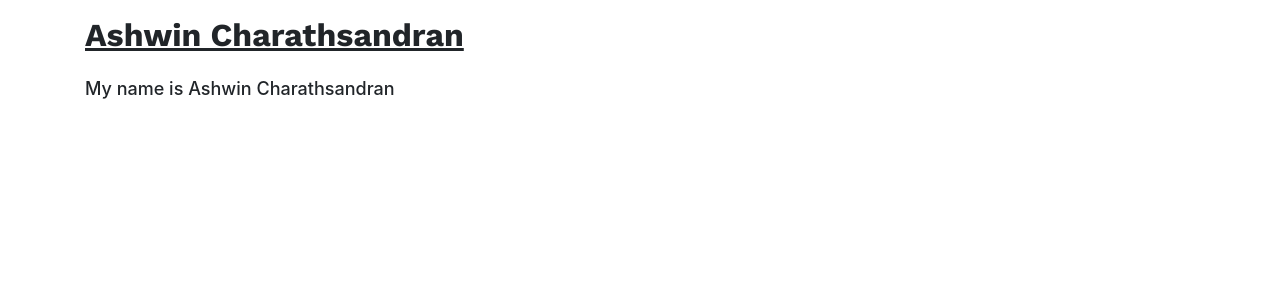
Repository: xxiz/ashwin.lol_flask
Page: http://localhost/
An editor plug-in stored every save of this project. The page is shown before and after the next save, followed by the edit.
The browser window is 1280 px wide. The pictures show the whole page.
The page is served by the project's application, run on Flask 3 (app.py).

Above is the page before, as saved 2021-08-29 20:18:46.

After the next save:
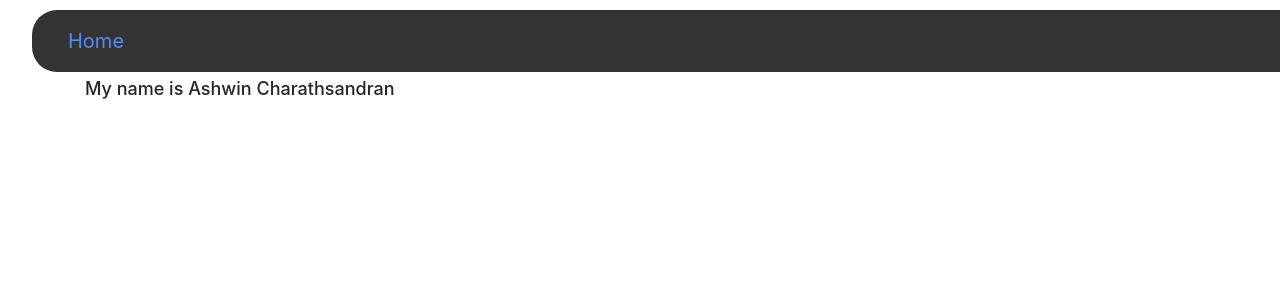
Saved 37 s later.
--- a/templates/base.html
+++ b/templates/base.html
@@ -10,6 +10,11 @@
     <title>{{ title }}</title>
 </head>
 <body>
+  <header>
+    <nav>
+      <a href="">Home</a>
+    </nav>
+  </header>
     <div class="container">
         {% block content %} {% endblock %}
     </div>
